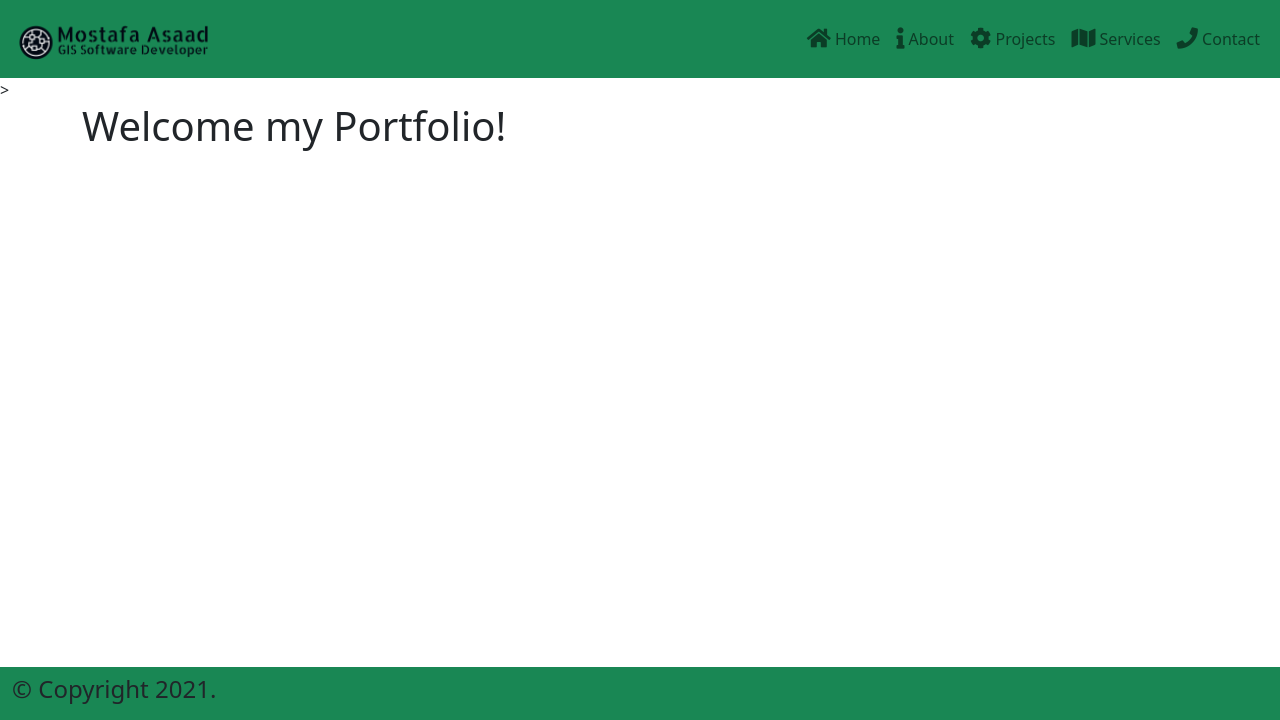
Repository: Mostafa-Asaad/Portfolio
Page: http://localhost/
These files come from the project's save history. The page is drawn as it stood at one moment and after the next save; the edit follows.
The browser window is 1280 px wide. The pictures show the whole page.
The page is served by the project's Node server (index.js). Other server files are loaded and not shown.

Above is the page before, as saved 2021-06-04 18:59:52.

### Server/Views/index.ejs
<!DOCTYPE html>
<html lang="en">
<head>
  <meta charset="UTF-8">
  <meta http-equiv="X-UA-Compatible" content="IE=edge">
  <meta name="viewport" content="width=device-width, initial-scale=1.0">
  <title><%= title %></title>
  <!-- CSS Section -->
  <link rel="stylesheet" href="/bootstrap/dist/css/bootstrap.min.css">
  <link rel="stylesheet" href="/@fortawesome/fontawesome-free/css/all.min.css">
  <link rel="stylesheet" href="/Content/app.css">
</head>
<body>
  <!-- Navigation Section -->
 <header>
  <%- include('./components/header.ejs') %>
 </header>

  <!--Main Content-->>
  <main>
    <%- include('./content/' + page + '.ejs') %>
  </main>

  <!-- Bottom Nav -->
  <footer>
    <%- include('./components/footer.ejs') %>
  </footer>

  <!-- JavaScript Section -->
  <script src="/jquery/dist/jquery.min.js"></script>
  <script src="/bootstrap/dist/js/bootstrap.min.js"></script>
  <script src="/Scripts/app.js"></script>
</body>
</html>

### Server/Views/components/header.ejs
<nav class="navbar navbar-expand-lg navbar-light bg-success">
    <div class="container-fluid">
      <a class="navbar-brand" href="/home"><img src="/Assets/images/Logo.png" width="200"></a>
      <button class="navbar-toggler" type="button" data-bs-toggle="collapse" data-bs-target="#navbarSupportedContent" aria-controls="navbarSupportedContent" aria-expanded="false" aria-label="Toggle navigation">
        <span class="navbar-toggler-icon"></span>
      </button>
      <div class="collapse navbar-collapse" id="navbarSupportedContent">
        <ul class="navbar-nav ms-auto mb-2 mb-lg-0">
          <li class="nav-item">
            <a class="nav-link" href="/home"><i class="fas fa-home fa-lg"></i> Home</a>
          </li>
          <li class="nav-item">
            <a class="nav-link" href="/about"><i class="fas fa-info fa-lg"></i> About</a>
          </li>
          <li class="nav-item">
            <a class="nav-link" href="/projects"><i class="fas fa-cog fa-lg"></i> Projects</a>
          </li>
          <li class="nav-item">
            <a class="nav-link" href="/services"><i class="fas fa-map fa-lg"></i> Services</a>
          </li>
          <li class="nav-item">
            <a class="nav-link" href="/contact"><i class="fas fa-phone fa-lg"></i> Contact</a>
          </li>
        </ul>
      </div>
    </div>
  </nav>

### Server/Views/content/home.ejs
<div class="container">
    <h1>Welcome my Portfolio!</h1>
</div>

### Server/Views/components/footer.ejs
<nav class="navbar fixed-bottom navbar-success bg-success">
    <div class="container-fluid">
      <h4>&copy; Copyright 2021.</h4>
    </div>
  </nav>

### index.js
#!/usr/bin/env node
"use strict";
var __importDefault = (this && this.__importDefault) || function (mod) {
    return (mod && mod.__esModule) ? mod : { "default": mod };
};
Object.defineProperty(exports, "__esModule", { value: true });
const app_1 = __importDefault(require("./Server/Config/app"));
const debug_1 = __importDefault(require("debug"));
debug_1.default('week-4d:server');
const http_1 = __importDefault(require("http"));
let port = normalizePort(process.env.PORT || '3000');
app_1.default.set('port', port);
let server = http_1.default.createServer(app_1.default);
server.listen(port);
server.on('error', onError);
server.on('listening', onListening);
function normalizePort(val) {
    let port = parseInt(val, 10);
    if (isNaN(port)) {
        return val;
    }
    if (port >= 0) {
        return port;
    }
    return false;
}
function onError(error) {
    if (error.syscall !== 'listen') {
        throw error;
    }
    var bind = typeof port === 'string'
        ? 'Pipe ' + port
        : 'Port ' + port;
    switch (error.code) {
        case 'EACCES':
            console.error(bind + ' requires elevated privileges');
            process.exit(1);
            break;
        case 'EADDRINUSE':
            console.error(bind + ' is already in use');
            process.exit(1);
            break;
        default:
            throw error;
    }
}
function onListening() {
    let addr = server.address();
    let bind = typeof addr === 'string'
        ? 'pipe ' + addr
        : 'port ' + addr.port;
    debug_1.default('Listening on ' + bind);
}
//# sourceMappingURL=index.js.map

### Server/Routes/index.js
"use strict";
var __importDefault = (this && this.__importDefault) || function (mod) {
    return (mod && mod.__esModule) ? mod : { "default": mod };
};
Object.defineProperty(exports, "__esModule", { value: true });
const express_1 = __importDefault(require("express"));
const router = express_1.default.Router();
exports.default = router;
router.get('/', function (req, res, next) {
    res.render('index', { title: 'Home', page: 'home' });
});
router.get('/home', function (req, res, next) {
    res.render('index', { title: 'Home', page: 'home' });
});
router.get('/about', function (req, res, next) {
    res.render('index', { title: 'About Me', page: 'about' });
});
router.get('/projects', function (req, res, next) {
    res.render('index', { title: 'My Projects', page: 'projects' });
});
router.get('/services', function (req, res, next) {
    res.render('index', { title: 'My Services', page: 'services' });
});
router.get('/contact', function (req, res, next) {
    res.render('index', { title: 'Contact me', page: 'contact' });
});
//# sourceMappingURL=index.js.map

### Client/Content/app.css
/* your custom css goes here */

### Client/Scripts/app.js
"use strict";
(function () {
    function Start() {
        console.log("App Started");
    }
    window.addEventListener("load", Start);
})();
//# sourceMappingURL=app.js.map

After the next save:
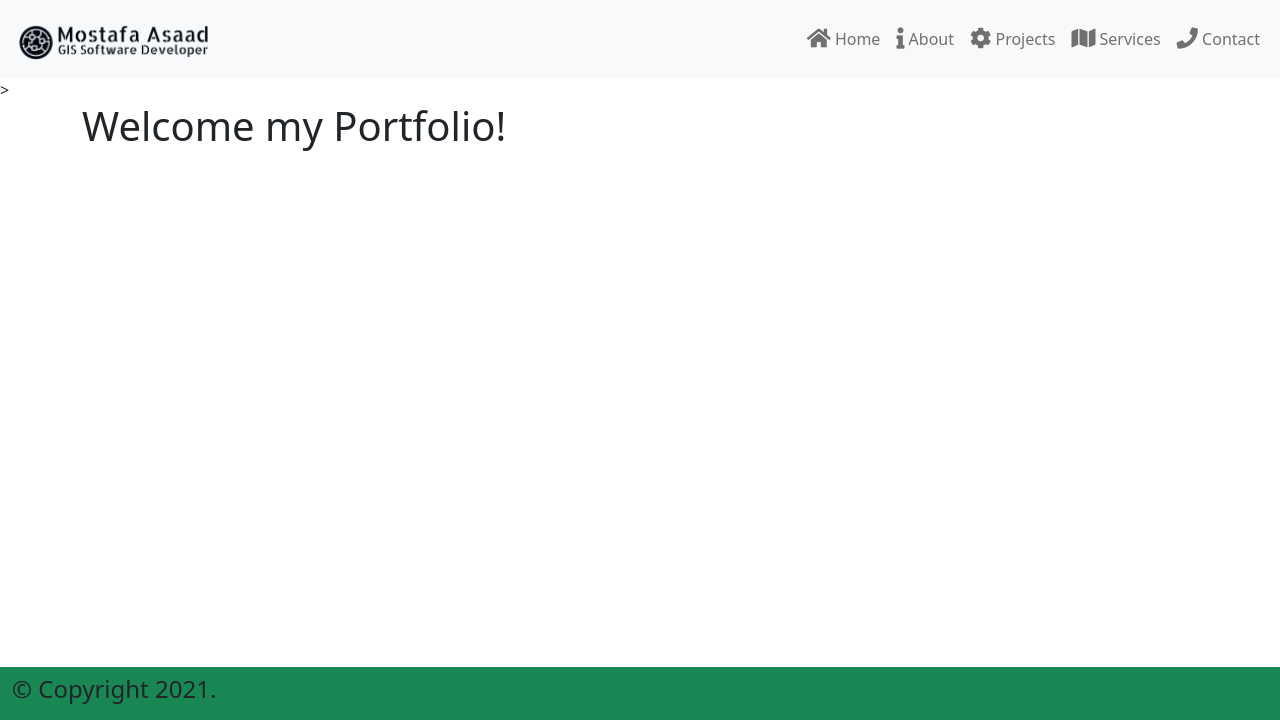
Saved 5 min 30 s later.
--- a/Server/Views/components/header.ejs
+++ b/Server/Views/components/header.ejs
@@ -1,4 +1,4 @@
-<nav class="navbar navbar-expand-lg navbar-light bg-success">
+<nav class="navbar navbar-expand-lg navbar-light bg-light">
     <div class="container-fluid">
       <a class="navbar-brand" href="/home"><img src="/Assets/images/Logo.png" width="200"></a>
       <button class="navbar-toggler" type="button" data-bs-toggle="collapse" data-bs-target="#navbarSupportedContent" aria-controls="navbarSupportedContent" aria-expanded="false" aria-label="Toggle navigation">
